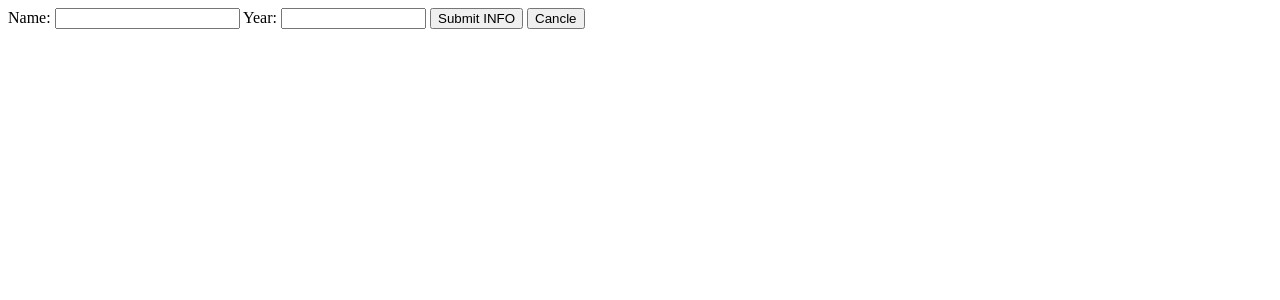
Repository: SamaDabagh/Lab5WebServicesSamanehDabbaghchi
Page: WebHelloFormRESTProject/src/main/webapp/HelloFormUsingGET.html
An editor plug-in stored every save of this project. The page is shown before and after the next save, followed by the edit.
The browser window is 1280 px wide. The pictures show the whole page.

Above is the page before, as saved 2023-07-12 19:04:55.

After the next save:
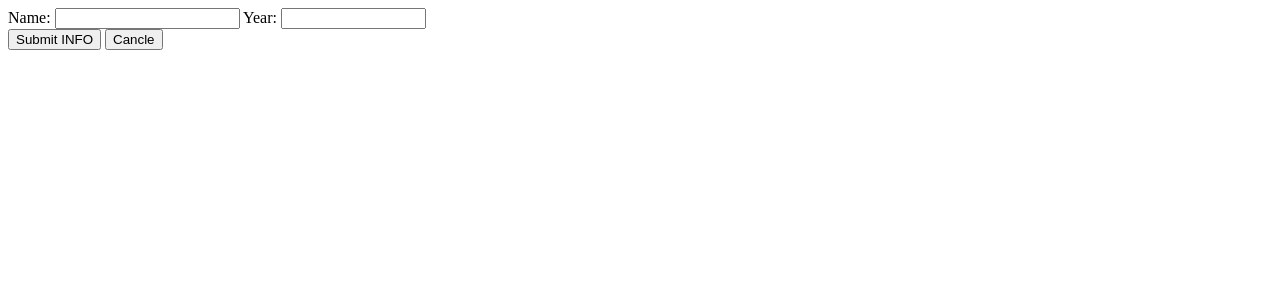
Saved 12 min 0 s later.
--- a/WebHelloFormRESTProject/src/main/webapp/HelloFormUsingGET.html
+++ b/WebHelloFormRESTProject/src/main/webapp/HelloFormUsingGET.html
@@ -8,7 +8,7 @@
 		<form method="get" action= "http://localhost:8080/WebHelloFormRESTProject/rest/WebHelloForm/HelloParameter" >
 
 		    <label for="Name"> Name: <input type="text" name="Name" size="20"></label>
-		    <label for="Year">Year: <input type="text" name="Year" size="15"></label>
+		    <label for="Year">Year: <input type="text" name="Year" size="15"></label><br/>
 
 		    <input type="submit" name="submit" value="Submit INFO">
 		    <input type="reset" name="cancle" value="Cancle">

After the save that followed:
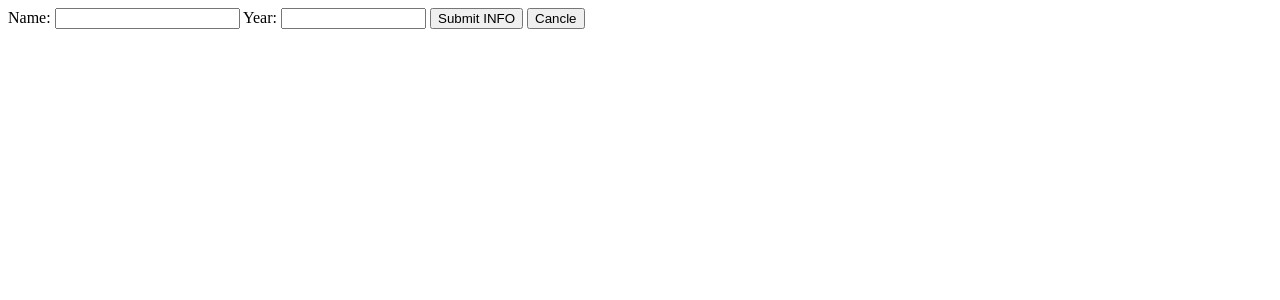
Saved 3 min 22 s later.
--- a/WebHelloFormRESTProject/src/main/webapp/HelloFormUsingGET.html
+++ b/WebHelloFormRESTProject/src/main/webapp/HelloFormUsingGET.html
@@ -8,7 +8,7 @@
 		<form method="get" action= "http://localhost:8080/WebHelloFormRESTProject/rest/WebHelloForm/HelloParameter" >
 
 		    <label for="Name"> Name: <input type="text" name="Name" size="20"></label>
-		    <label for="Year">Year: <input type="text" name="Year" size="15"></label><br/>
+		    <label for="Year">Year: <input type="text" name="Year" size="15"></label>
 
 		    <input type="submit" name="submit" value="Submit INFO">
 		    <input type="reset" name="cancle" value="Cancle">
